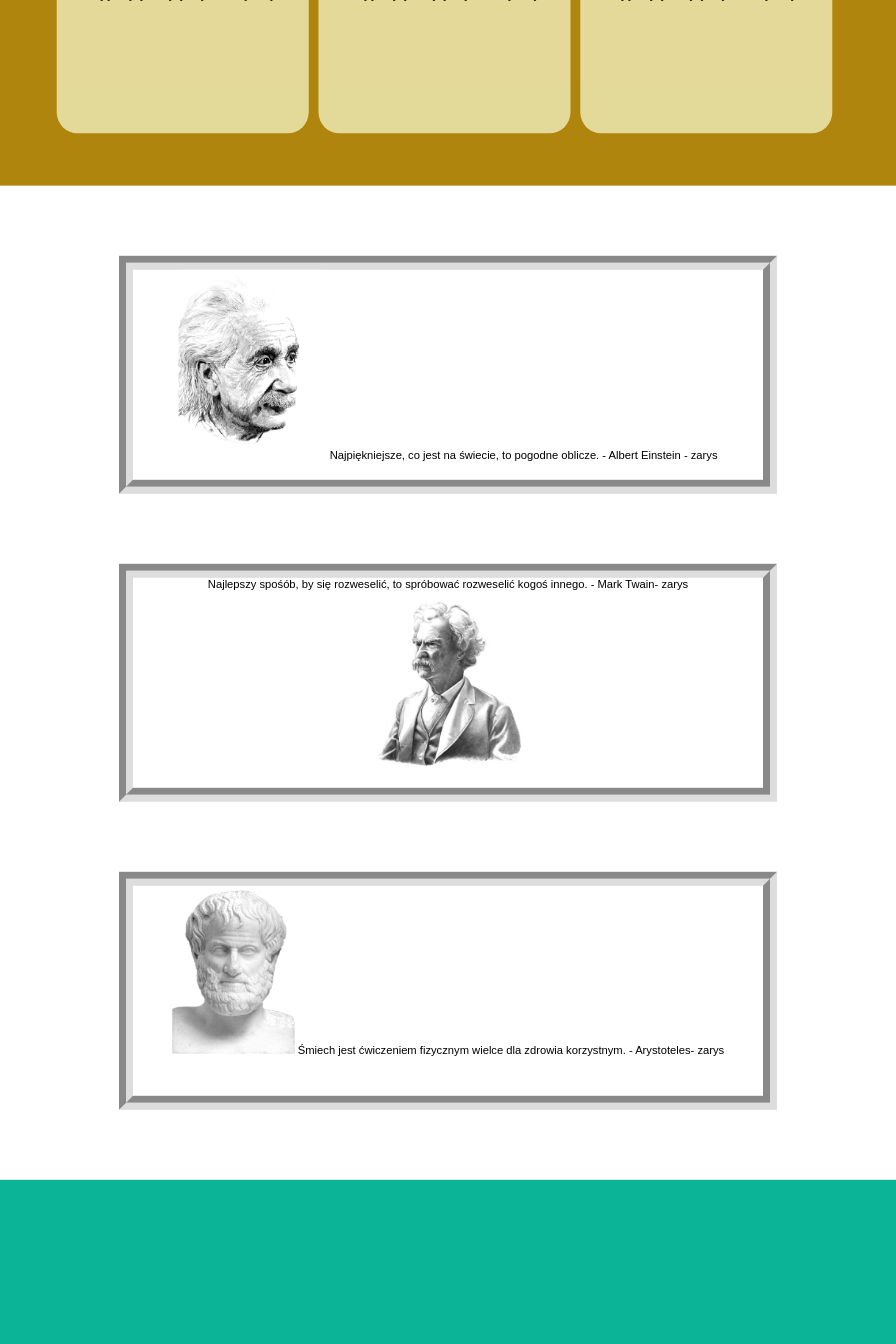
Repository: addstaw/moja-strona
Page: index.html
An editor plug-in stored every save of this project. The page is shown before and after the next save, followed by the edit.
The browser window is 1280 px wide. The pictures show the part of the page from y = 969 to 2889 px (the page is 3154 px tall), at 70% of full size.
Some web fonts or font styles are not loaded; a fallback is used.

Above is the page before, as saved 2020-05-11 19:17:32.

### index.html
<!DOCTYPE html>
<html lang="pl">
    <head>
        <meta charset="utf-8"/>
        <title> Cheer Up</title>
        <link rel="shortcut icon" href="png/logo1.png" type="image/x-icon" />
        <meta name="description" content="Uśmiech to coś więcej niż prosty wyraz emocji. To nasza dusza wypuszczona na zewnątrz."/>
        <meta name="keywords" content="uśmiech, szczęście"/>
        <meta http-equiv="X-UA-Compatible" content="IE=edge, chrome=1"/>
        <link rel="stylesheet" href="css/style6.css" type="text/css"/>
        <link href="https://fonts.googleapis.com/css2?family=Ceviche+One&display=swap" rel="stylesheet">

    </head>
    <body>
        <div id="maincontainer">
            <herder>
                <div id="header">
                    <nav>
                        <span><img id="logo" src="png/header.png" width=360" height="90"/></span>
                    </nav>
                </div>
            </header>

            <div id="pause">

            </div>
            <section>
                <img id="emoticon" src="png/page4.png" width=100%" />
            </section>
        </div>
    <article>
            <div class="content">
                <div id="container">
                    <div id="introduce">
                        <header><div class="headerIntroduce">Radość</div></header>
                        <article><div class="contentIntroduce">
                        JAfsdjfjsdfjaj;lsdfjdjksfjasdfksjdalfjklas
                        </div></article>
                    </div>
                    <div id="introduce">
                        <header><div class="headerIntroduce" id="mainHeaderIntroduce">Psychologia</div></header>
                        <article><div class="contentIntroduce">
                            wAfsdjfjsdfjaj;lsdfjdjksfjasdfksjdalfjklas
                        </div></article>
                    </div>
                    <div id="introduce">
                        <header><div class="headerIntroduce">Przyjaźń</div></header>
                        <article><div class="contentIntroduce">
                            Afsdjfjsdfjaj;lsdfjdjksfjasdfksjdalfjklas
                        </div></article>
                    </div>
                </div>
            </div>
    </article>
    <section>
        <div id="white">
            <article>
                <section>
                    <div class="quote">
                        <img src="png/unnamed.jpg" height="90%"/>
                        Najpiękniejsze, co jest na świecie, to pogodne oblicze. - Albert Einstein - zarys</div>
                </section>
                <section>
                    <div class="quote">
                        Najlepszy spośób, by się rozweselić, to spróbować rozweselić kogoś innego. - Mark Twain- zarys
                        <img src="png/mark-twain-png-samuel-clemens-400.png" height="85%"/></div>
                </section>
                <section>
                    <div class="quote">
                        <img src="png/arystoteles.png" height="80%"/>
                        Śmiech jest ćwiczeniem fizycznym wielce dla zdrowia korzystnym. - Arystoteles- zarys</div>
                </section>
            </article>
        </div>
    </section>
    <footer>
        <div id="footer">

        </div>
    </footer>
    </body>
</html>

### css/style6.css
*{
    margin: 0px;
    font-family: sans-serif;
}
/*maincontaine*/
    #maincontainer{
        text-align: center;
    }
    #header{
        margin-right: 1500px;
    }
    #pause{
        /*height: calc(103vh - 80vw); first version*/
        height: calc(100vh - 110px - 100vw * (536/1919));
    }
    #logo{
        border-radius: 75px;
        border: 3px solid #0bb397;
        margin-left: 30px;
        margin-top: 10px;
        position: relative;

    }
/*Introduce*/
    .content{
        background-color: #b0850e;
        width: 100%;
        text-align: center;
        padding: 25px 0;
    }
        .headerIntroduce{
            font-size: 50px;
            margin-top: 50px;
            margin-bottom: 20px;
            padding-top: 20px;
        }
            #mainHeaderIntroduce{
                font-size: 68px;
                padding-top: 0;
             }
        .contentIntroduce{
            font-size: 20px;
        }

    #introduce{
        width: 50vh;
        height: 50vh;
        background-color: #f1efbb;
        margin-top: 50px;
        margin-bottom: 50px;
        margin-right: 10px;
        display: inline-block;
        border-radius: 30px;
        opacity: 80%;
    }
    #introduce:hover{
        width: calc(50vh - 10px);
        height: calc(50vh - 10px);
        background-color: #f1efbb;/*#e3e0a6;*/
        margin-top: 45px;
        margin-bottom: 45px;
        margin-right: 10px;
        display: inline-block;
        border-radius: 30px;
        border: solid 5px #0bb397;
        opacity: 100%;
        transition: 0.25s;
    }
/* Quotes */
#white{
    background-color: #fff;
    text-align: center;
    padding: 50px;
}
    .quote{
        width: 900px;
        height: 300px;
        background-color: #fff;
        margin: 50px;
        display: inline-block;
        border: 20px groove #ddd;
        border-collapse: inherit;
    }
#footer{
    height: 500px;
    background-color: #0bb397;
}

After the next save:
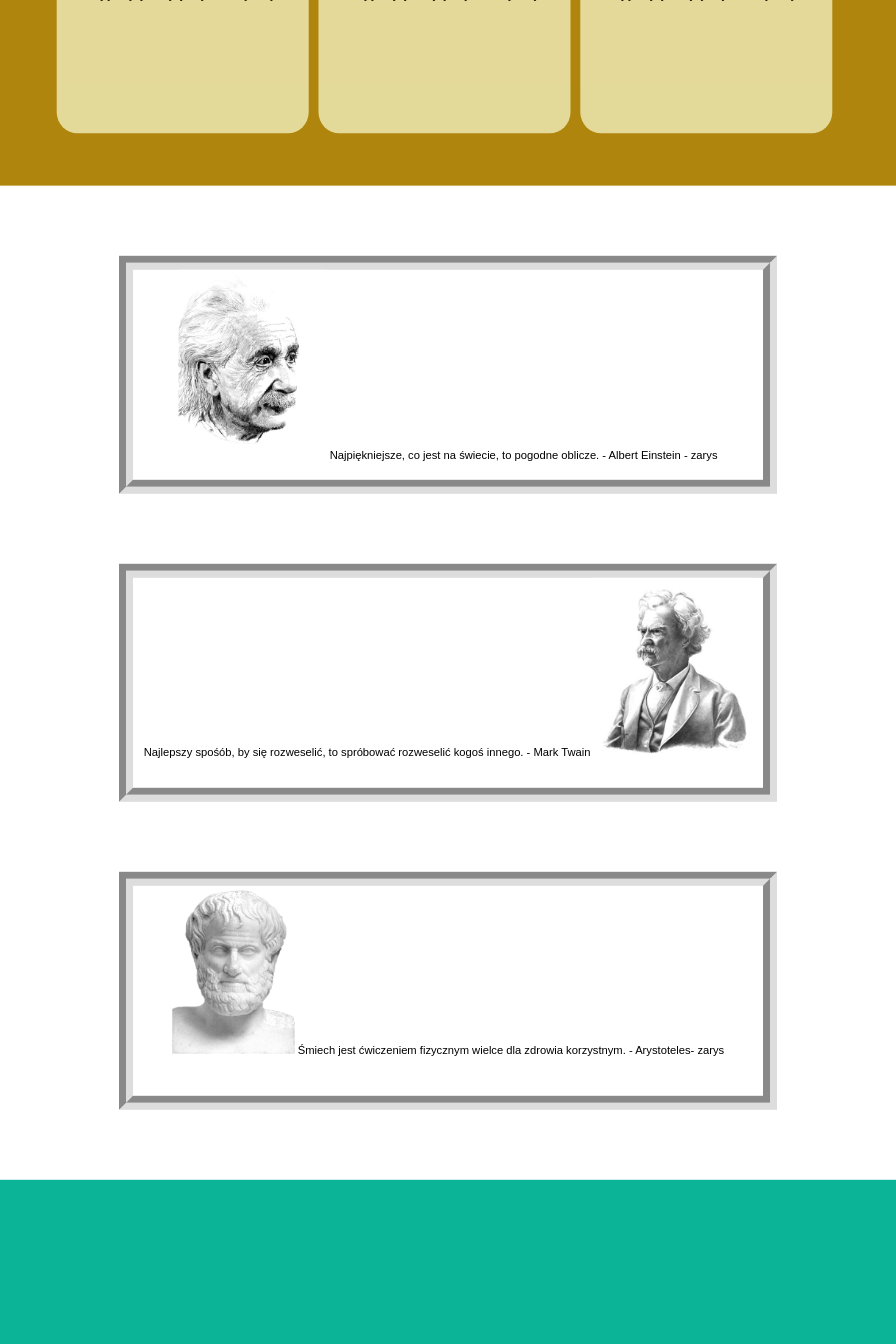
Saved 20 s later.
--- a/index.html
+++ b/index.html
@@ -62,7 +62,7 @@
                 </section>
                 <section>
                     <div class="quote">
-                        Najlepszy spośób, by się rozweselić, to spróbować rozweselić kogoś innego. - Mark Twain- zarys
+                        Najlepszy spośób, by się rozweselić, to spróbować rozweselić kogoś innego. - Mark Twain
                         <img src="png/mark-twain-png-samuel-clemens-400.png" height="85%"/></div>
                 </section>
                 <section>
